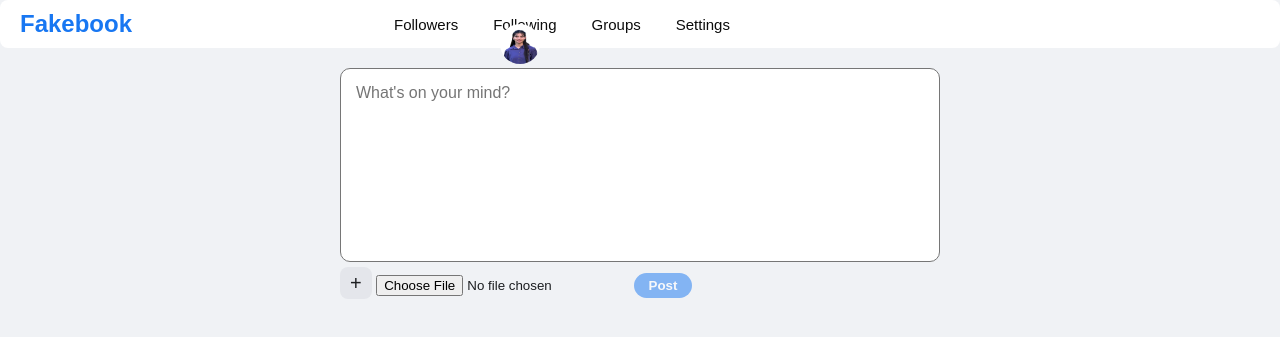
Repository: harpreetkaur2201/FAKEBOOK
Page: fakebook_profile/index.html
An editor plug-in stored every save of this project. The page is shown before and after the next save, followed by the edit.
The browser window is 1280 px wide. The pictures show the whole page.

Above is the page before, as saved 2025-11-14 20:00:00.

After the next save:
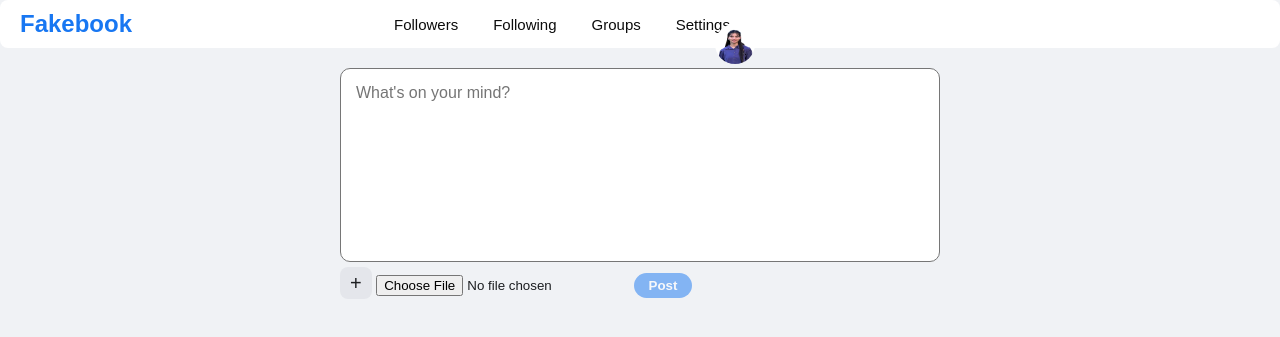
Saved 4 s later.
--- a/fakebook_profile/assets/styles/style.css
+++ b/fakebook_profile/assets/styles/style.css
@@ -59,7 +59,7 @@ header nav img.avatar {
   height: 40px;
   border-radius: 50%;
   position: absolute;
-  right: 60%;
+  right: 5%;
 }
 
 .create-post {
